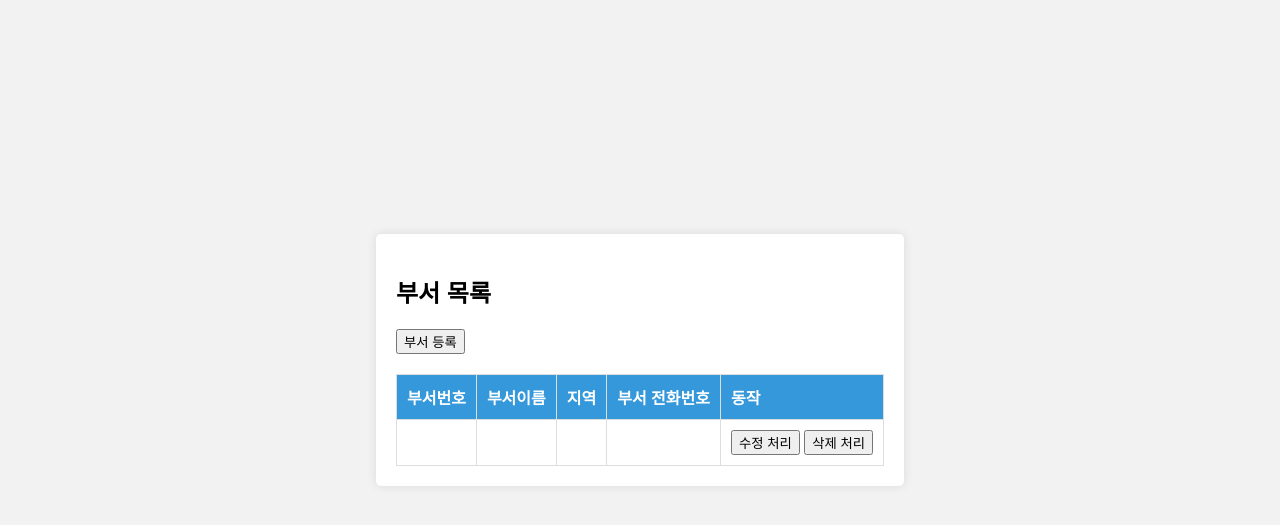
Repository: sieoh/2024html-
Page: http://localhost/jspweb_08/departlist.jsp
An editor plug-in stored every save of this project. The page is shown before and after the next save, followed by the edit.
The browser window is 1280 px wide. The pictures show the whole page.
The page is served by Tomcat 9. Other server files are loaded and not shown. Queries for data that is not in the repository find no rows.

Above is the page before, as saved 2024-01-12 07:00:54.

### workspace_sts/jspweb_08/src/main/webapp/departlist.jsp
<%@page import="java.sql.Connection"%>
<%@ page language="java" contentType="text/html; charset=UTF-8"
    pageEncoding="UTF-8"%>
<%@ page import="java.sql.*" %>
<%@ page import="java.util.*" %>
<%@ page import="utils.DBConfig" %>
<%@ page import="vo.DepartVo" %>
<!DOCTYPE html>
<html>
<head>
<meta charset="UTF-8">
<title>Insert title here</title>
<style type="text/css">
	/* 부서 목록 */
   body {
      font-family: Arial, sans-serif;
      background-color: #f2f2f2;
      margin: 0;
      padding: 0;
      display: flex;
      justify-content: center;
      align-items: center;
      height: 100vh;
   }
   .department-list {
      background-color: #fff;
      padding: 20px;
      border-radius: 5px;
      box-shadow: 0 0 10px rgba(0, 0, 0, 0.1);
   }
   table {
      width: 100%;
      border-collapse: collapse;
      margin-top: 20px;
   }
   th, td {
      border: 1px solid #ddd;
      padding: 10px;
      text-align: left;
   }
   th {
      background-color: #3498db;
      color: #fff;
   }
</style>
</head>
<body>
	<%
		// DB 접속
		Connection connection = null;
		PreparedStatement pstmt = null;
		ResultSet resiltSet = null;
		ArrayList<DepartVo> departlist = new ArrayList<>();

		// 접속
		try {
			connection = DBConfig.getConnection();
			System.out.println("jsp계정 접속성공");
		} catch(Exception e) {
			System.out.println("jsp계정 접속실패");
		}
		// 부서정보 목록을 가져오는 쿼리 실행
		try {
			String sql = "SELECT DEPART_ID,DEPART_NAME,LOCATION,PHONE_NUMBER FROM DEPARTMENTS ORDER BY DEPART_ID";
			pstmt = connection.prepareStatement(sql);
			resiltSet = pstmt.executeQuery();

			while(resiltSet.next()){
				DepartVo departvo = new DepartVo();
				departvo.setDepart_id(resiltSet.getString("depart_id"));
				departvo.setDepart_name(resiltSet.getString("depart_name"));
				departvo.setLocation(resiltSet.getString("location"));
				departvo.setPhone_number(resiltSet.getString("phone_number"));

				departlist.add(departvo);
			}
		} catch(SQLException se) {
			System.out.println("에러로그: 직원목록==>"+se.getMessage());
		}

	%>
	<div class="department-list">
		<h2>부서 목록</h2>
		<button onclick="handleAddButtonClick()">부서 등록</button>
		<table>
			<thead>
				<tr>
					<th>부서번호</th>
					<th>부서이름</th>
					<th>지역</th>
					<th>부서 전화번호</th>
					<th>동작</th>
				</tr>
			</thead>
			<tbody>

				<tr>
					<td></td>
					<td></td>
					<td></td>
					<td></td>
					<td><button onclick="handleButtonClick(0)">수정 처리</button>
						<button onclick="handleButtonClick(0)">삭제 처리</button>
					</td>
				</tr>

			</tbody>
		</table>
	</div>
	<script>
		function handleAddButtonClick() {
			location.harf="departfrom.jsp";
		}
	</script>
</body>
</html>

### workspace_sts/jspweb_08/src/main/java/utils/DBConfig.java
package utils;

import java.sql.*;

public class DBConfig {
	// Oracle 데이터베이스 연결 정보 설정
    private static final String JDBC_URL = "jdbc:oracle:thin:@localhost:1521:orcl";
    private static final String USER = "jsp";
    private static final String PASSWORD = "123456";
    // 데이터베이스 연결을 반환하는 메서드
    public static Connection getConnection() throws SQLException {
        return DriverManager.getConnection(JDBC_URL, USER, PASSWORD);
    }
}

After the next save:
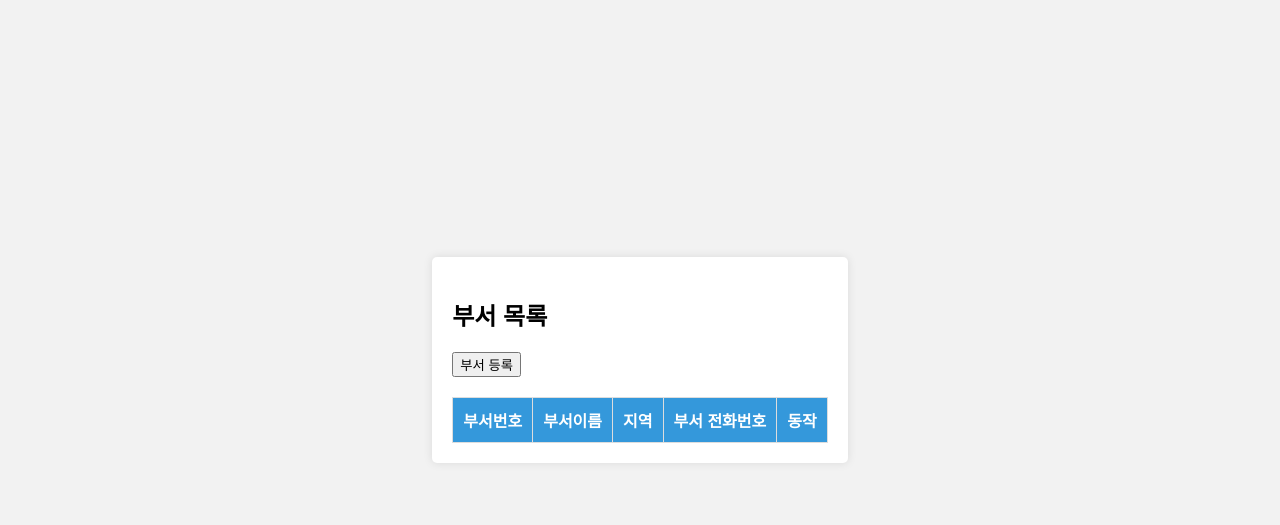
Saved 2 min 20 s later.
--- a/workspace_sts/jspweb_08/src/main/webapp/departlist.jsp
+++ b/workspace_sts/jspweb_08/src/main/webapp/departlist.jsp
@@ -93,17 +93,22 @@
 				</tr>
 			</thead>
 			<tbody>
-
+				<%
+					for(int i=0;i<departlist.size();i++){
+						DepartVo temp = departlist.get(i);
+				%>
 				<tr>
-					<td></td>
-					<td></td>
-					<td></td>
-					<td></td>
+					<td><%= temp.getDepart_id() %></td>
+					<td><%= temp.getDepart_name() %></td>
+					<td><%= temp.getLocation() %></td>
+					<td><%= temp.getPhone_number() %></td>
 					<td><button onclick="handleButtonClick(0)">수정 처리</button>
 						<button onclick="handleButtonClick(0)">삭제 처리</button>
 					</td>
 				</tr>
-
+				<%
+					}
+				%>
 			</tbody>
 		</table>
 	</div>
